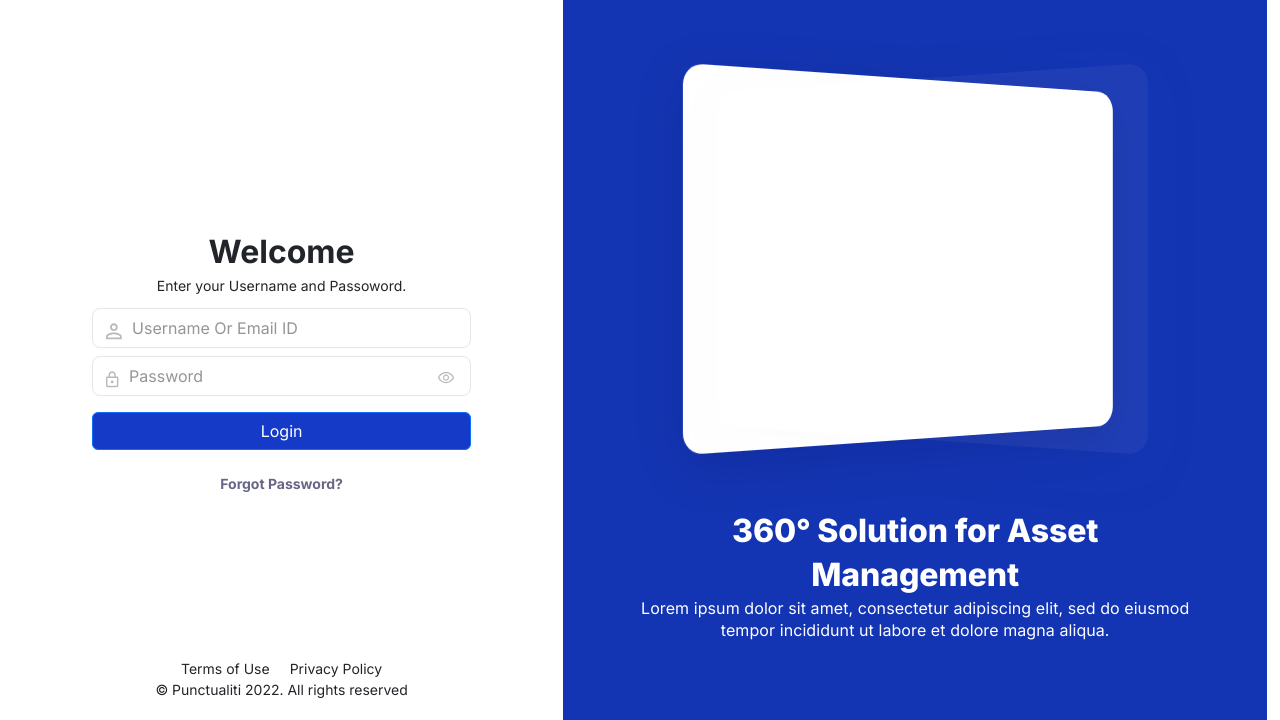
Repository: TauqeerHusain/Vouch-digital
Page: /
The author's editor kept a copy of each file at every save. The page is drawn from the files as they stood at one save, then again after a run of saves.
The browser window is 1280 px wide. The pictures show the whole page.
The project was rebuilt for these pictures with package versions that can differ from the ones it lists, and the page was loaded fresh each time. Also part of the build but not shown: src/styles/Dashboard.css, src/Components/Dashboard/Aside.js, src/Components/Dashboard/Board.js, src/Components/Dashboard/index.js, src/styles/AddClintNav.css, src/Components/AddClint/AddClintNav.js, src/Components/CreateProfile/CrContent.js, src/Components/CreateProfile/index.js and 14 more.

Above is the page before, as saved 2023-03-15 15:22:29.

After the next 2 saves:
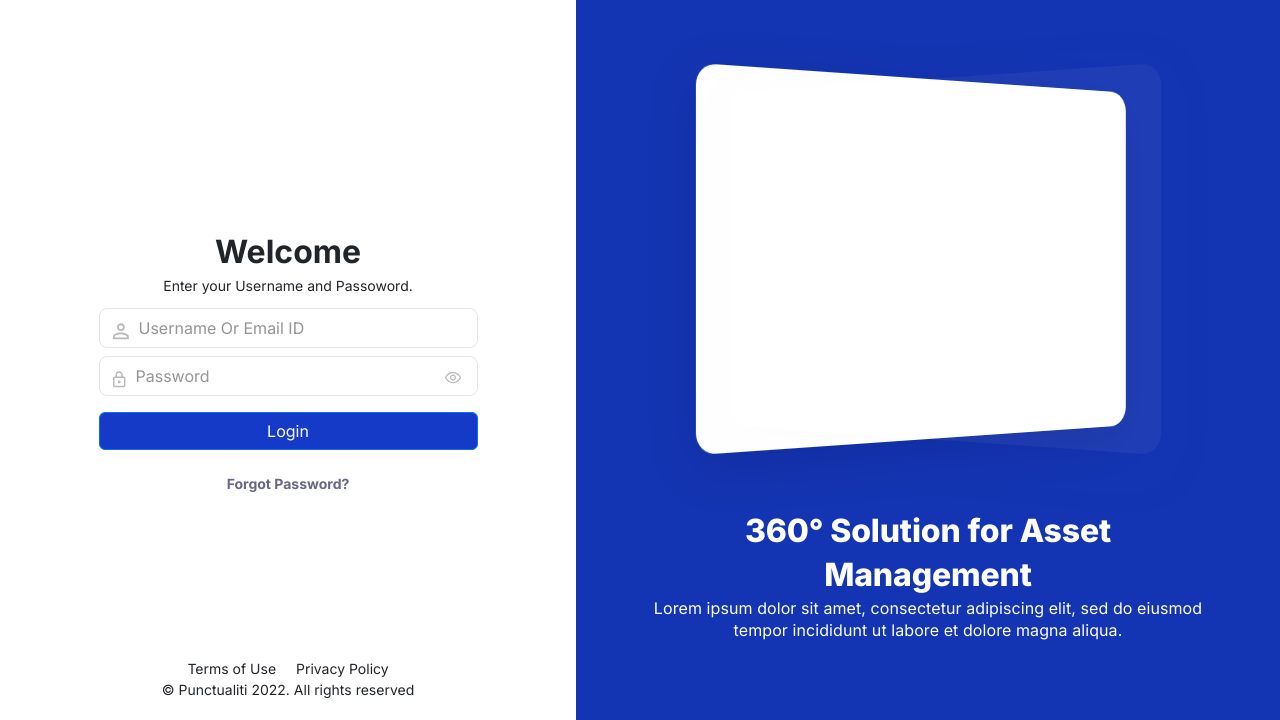
The 2 saves are shown as one change because they came seconds apart.
The last was saved 7 s later.
--- a/src/styles/LoginAct.css
+++ b/src/styles/LoginAct.css
@@ -7,7 +7,7 @@
 }
 
 .LoginAct-form {
-    width: 44%;
+    width: 45%;
     background: #fff;
     display: grid;
     place-items: center;
